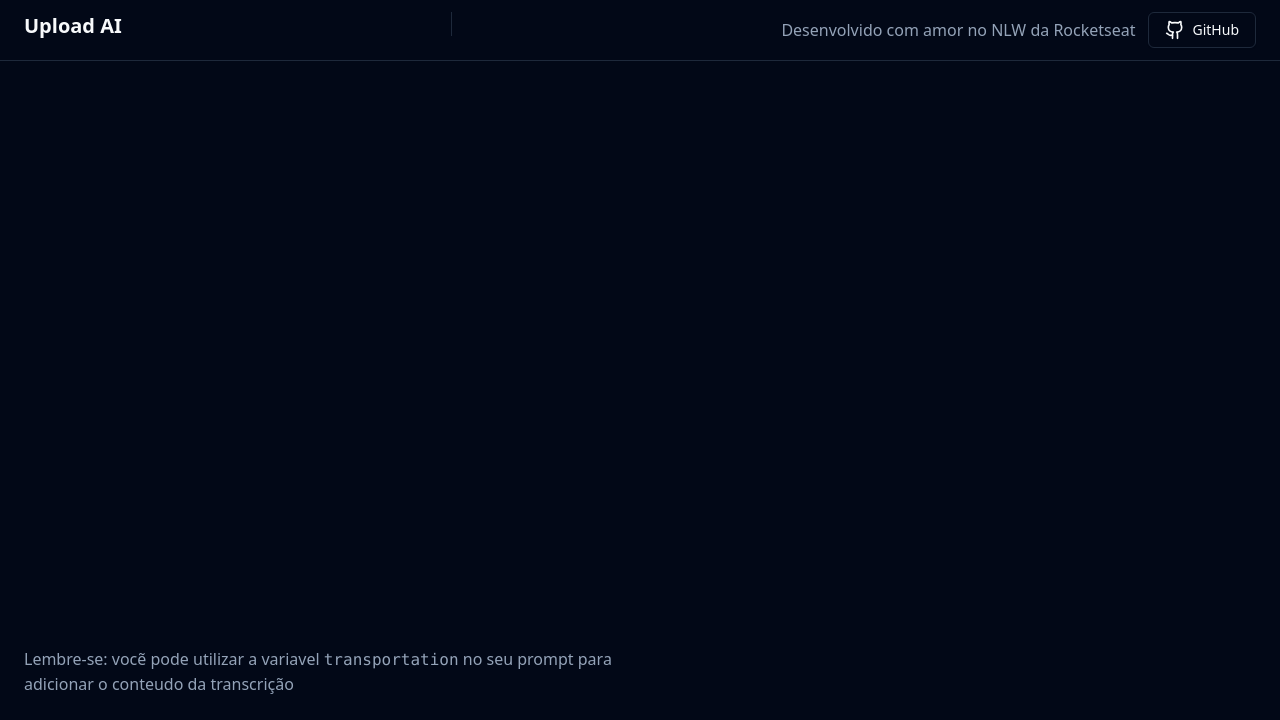
Repository: brksaian/nlw-2023-IA
Page: /
An editor plug-in stored every save of this project. The page is shown before and after the next save, followed by the edit.
The browser window is 1280 px wide. The pictures show the whole page.
The project was rebuilt for these pictures with package versions that can differ from the ones it lists, and the page was loaded fresh each time. Also part of the build but not shown: vite.config.ts.

Above is the page before, as saved 2023-09-12 21:49:04.

After the next save:
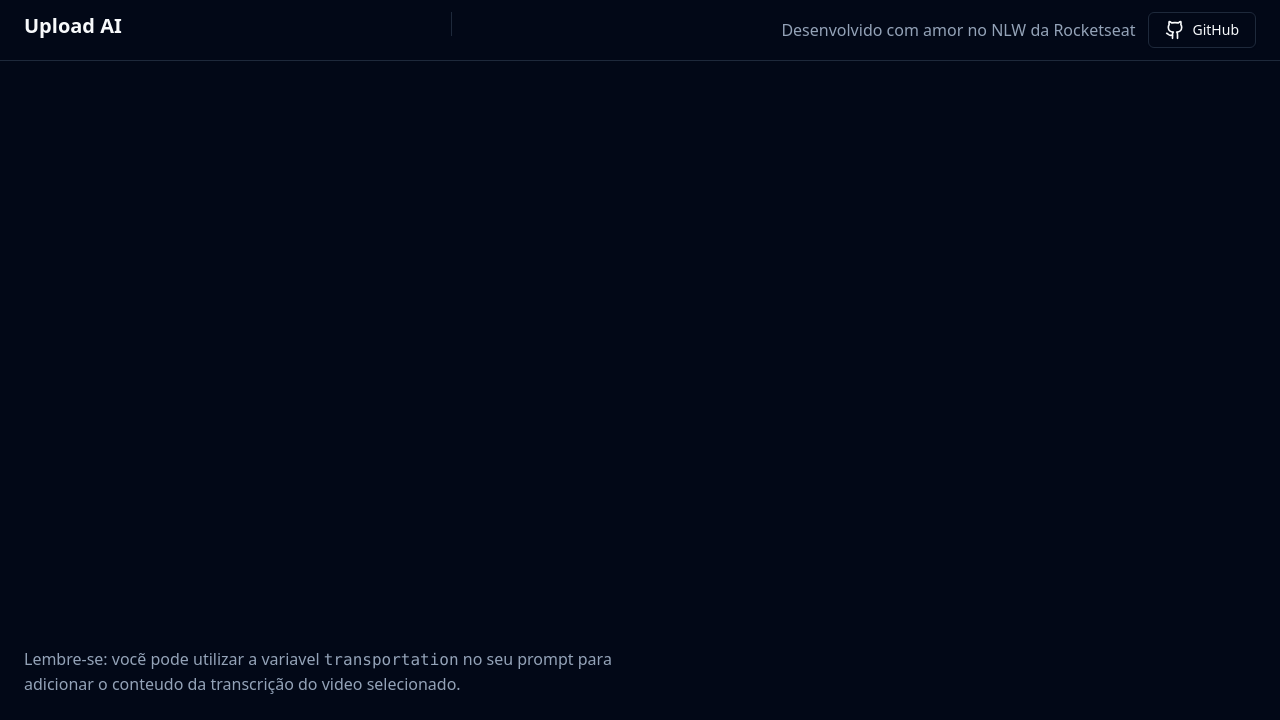
Saved 31 s later.
--- a/src/App.tsx
+++ b/src/App.tsx
@@ -25,7 +25,8 @@ export function App() {
           <div className="grid grid-rows-2 gap-4 flex-1"></div>
           <p className="text-sn text-muted-foreground">
             Lembre-se: vocẽ pode utilizar a variavel <code>transportation</code>{" "}
-            no seu prompt para adicionar o conteudo da transcrição
+            no seu prompt para adicionar o conteudo da transcrição do video
+            selecionado.
           </p>
         </div>
         <aside className="w-80"></aside>
